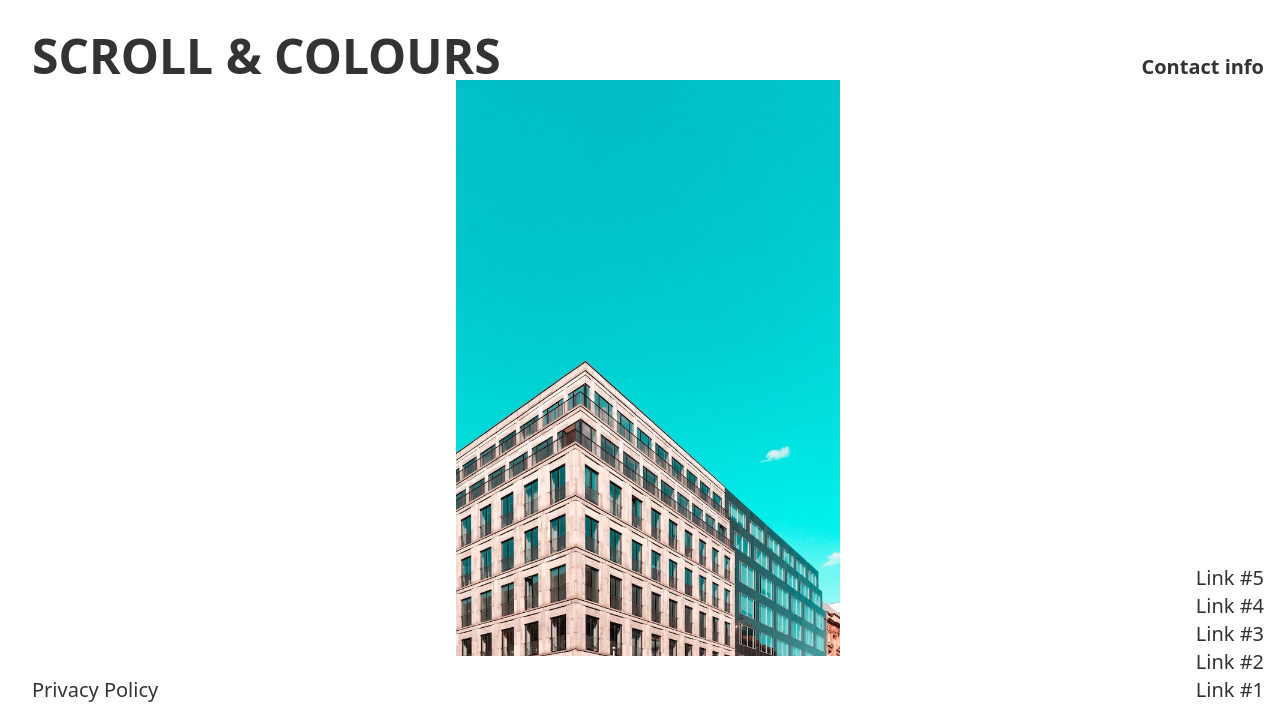
Repository: chelle-c/smooth-scroll-colours
Page: /
These files come from the project's save history. The page is drawn as it stood at one moment and after the next save; the edit follows.
The browser window is 1280 px wide. The pictures show the whole page.
An inner scrolling area shows only its first screen. The project was rebuilt for these pictures with package versions that can differ from the ones it lists, and the page was loaded fresh each time. Imported but missing from the stored project, and not drawn on this page: images.

Above is the page before, as saved 2022-09-19 20:06:16.

After the next save:
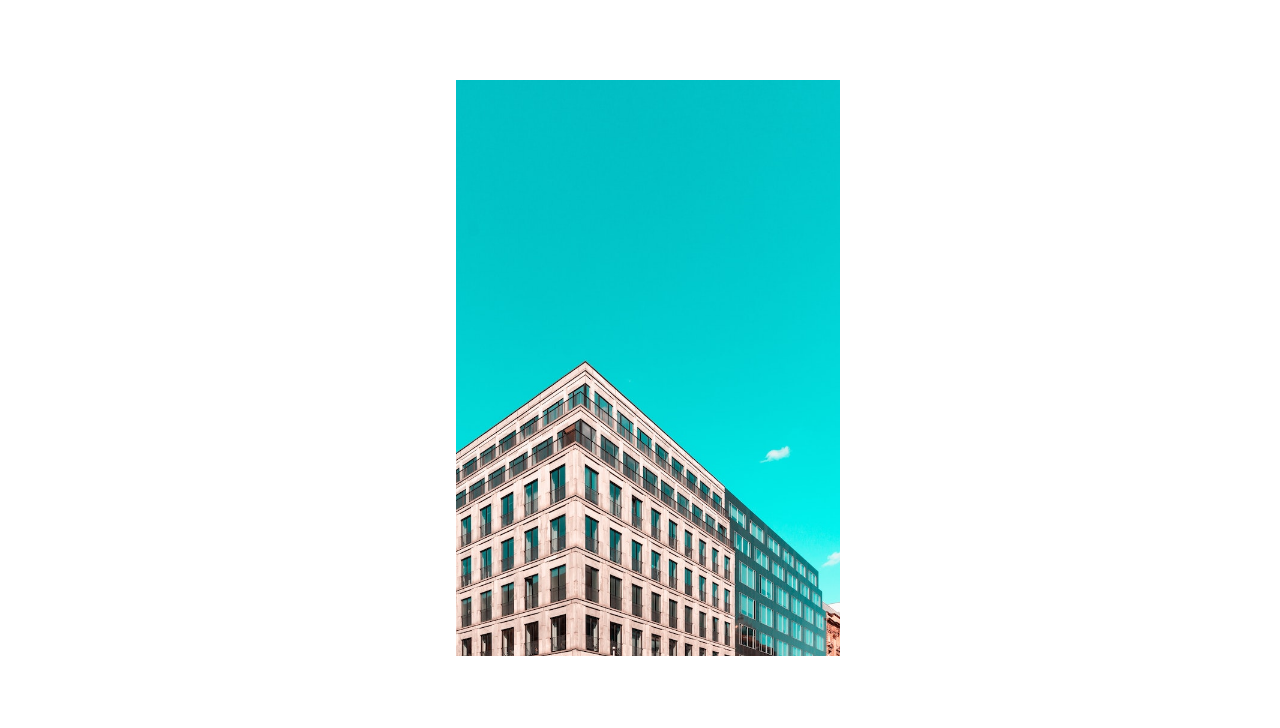
Saved 23 s later.
--- a/src/App.svelte
+++ b/src/App.svelte
@@ -2,31 +2,6 @@
 	import '/images/';
 	export let screenHeight = window.innerHeight;
 </script>
-
-<main
-	class="min-w-full min-h-screen fixed flex flex-col justify-between p-6 z-0"
->
-	<div class="flex flex-row justify-between items-baseline z-10">
-		<div>
-			<h1 class="font-sans font-bold text-5xl uppercase">
-				Scroll & Colours
-			</h1>
-		</div>
-		<div class="font-sans font-bold text-xl">Contact info</div>
-	</div>
-	<div class="flex flex-row justify-between items-end z-10">
-		<div class="font-sans text-xl">Privacy Policy</div>
-		<div class="font-sans text-xl">
-			<ul>
-				<li><a href="#section5">Link #5</a></li>
-				<li><a href="#section4">Link #4</a></li>
-				<li><a href="#section3">Link #3</a></li>
-				<li><a href="#section2">Link #2</a></li>
-				<li><a href="#section1">Link #1</a></li>
-			</ul>
-		</div>
-	</div>
-</main>
 
 <div class="scrollsnap-container">
 	<section id="section5">
@@ -80,6 +55,31 @@
 	</section>
 </div>
 
+<main
+	class="min-w-full min-h-screen fixed flex flex-col justify-between p-6"
+>
+	<div class="flex flex-row justify-between items-baseline z-10">
+		<div>
+			<h1 class="font-sans font-bold text-5xl uppercase">
+				Scroll & Colours
+			</h1>
+		</div>
+		<div class="font-sans font-bold text-xl">Contact info</div>
+	</div>
+	<div class="flex flex-row justify-between items-end z-10">
+		<div class="font-sans text-xl">Privacy Policy</div>
+		<div class="font-sans text-xl">
+			<ul>
+				<li><a href="#section5">Link #5</a></li>
+				<li><a href="#section4">Link #4</a></li>
+				<li><a href="#section3">Link #3</a></li>
+				<li><a href="#section2">Link #2</a></li>
+				<li><a href="#section1">Link #1</a></li>
+			</ul>
+		</div>
+	</div>
+</main>
+
 <style global lang="postcss">
 	@tailwind base;
 	@tailwind components;

After the 3 saves that followed:
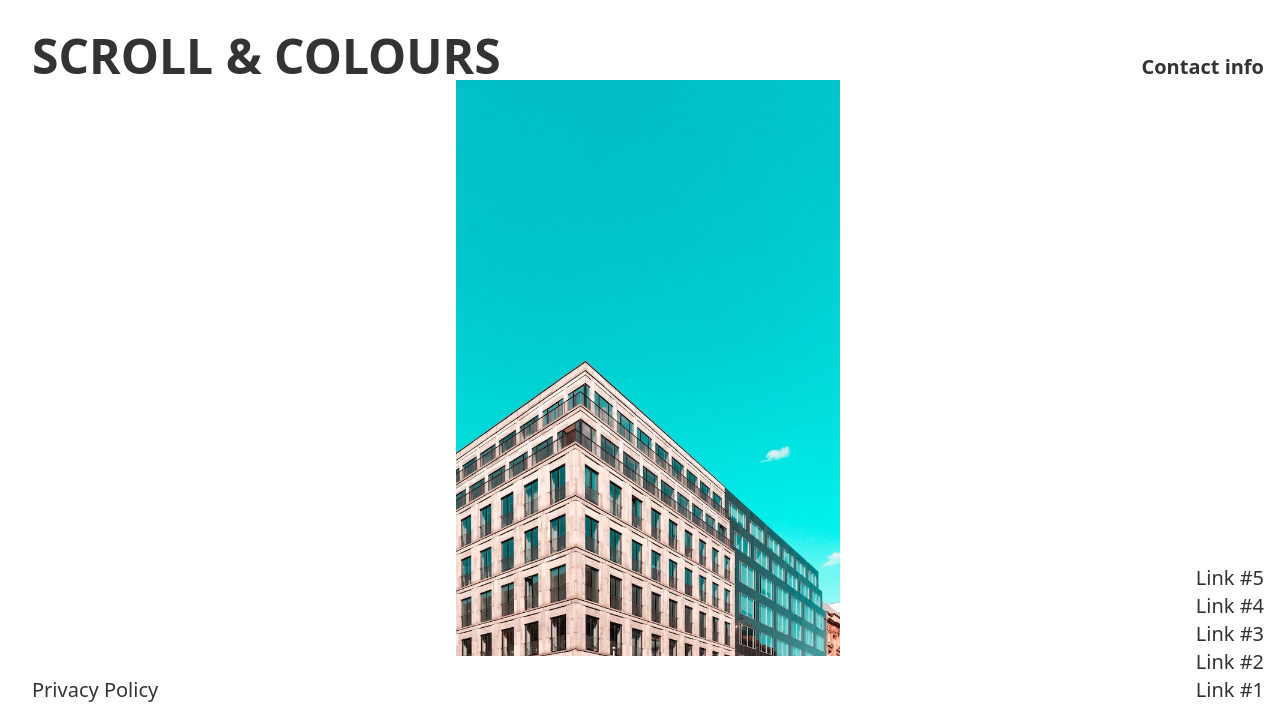
The 3 saves are shown as one change because 2 left the picture as it was.
The last was saved 82 s later.
--- a/src/App.svelte
+++ b/src/App.svelte
@@ -4,6 +4,30 @@
 </script>
 
 <div class="scrollsnap-container">
+	<main
+		class="min-w-full min-h-screen fixed flex flex-col justify-between p-6"
+	>
+		<div class="flex flex-row justify-between items-baseline z-10">
+			<div>
+				<h1 class="font-sans font-bold text-5xl uppercase">
+					Scroll & Colours
+				</h1>
+			</div>
+			<div class="font-sans font-bold text-xl">Contact info</div>
+		</div>
+		<div class="flex flex-row justify-between items-end z-10">
+			<div class="font-sans text-xl">Privacy Policy</div>
+			<div class="font-sans text-xl">
+				<ul>
+					<li><a href="#section5">Link #5</a></li>
+					<li><a href="#section4">Link #4</a></li>
+					<li><a href="#section3">Link #3</a></li>
+					<li><a href="#section2">Link #2</a></li>
+					<li><a href="#section1">Link #1</a></li>
+				</ul>
+			</div>
+		</div>
+	</main>
 	<section id="section5">
 		<div>
 			<img
@@ -55,31 +79,6 @@
 	</section>
 </div>
 
-<main
-	class="min-w-full min-h-screen fixed flex flex-col justify-between p-6"
->
-	<div class="flex flex-row justify-between items-baseline z-10">
-		<div>
-			<h1 class="font-sans font-bold text-5xl uppercase">
-				Scroll & Colours
-			</h1>
-		</div>
-		<div class="font-sans font-bold text-xl">Contact info</div>
-	</div>
-	<div class="flex flex-row justify-between items-end z-10">
-		<div class="font-sans text-xl">Privacy Policy</div>
-		<div class="font-sans text-xl">
-			<ul>
-				<li><a href="#section5">Link #5</a></li>
-				<li><a href="#section4">Link #4</a></li>
-				<li><a href="#section3">Link #3</a></li>
-				<li><a href="#section2">Link #2</a></li>
-				<li><a href="#section1">Link #1</a></li>
-			</ul>
-		</div>
-	</div>
-</main>
-
 <style global lang="postcss">
 	@tailwind base;
 	@tailwind components;
@@ -98,6 +97,7 @@
 		scroll-snap-type: mandatory; /* for older browsers */
 		scroll-snap-points-y: repeat(100vh); /* for older browsers */
 		scroll-snap-type: y mandatory;
+		background: transparent;
 	}
 
 	section {
@@ -108,6 +108,7 @@
 		height: 100vh;
 		scroll-snap-align: start;
 		position: relative;
+		background: inherit;
 	}
 
 	/* #section5 {
